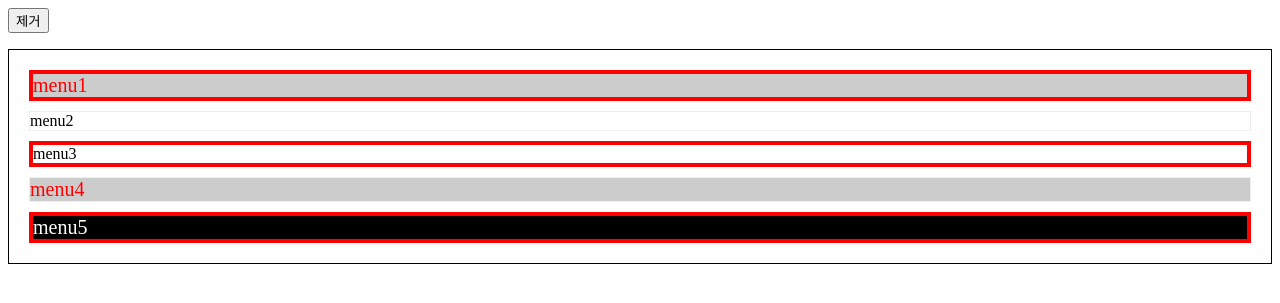
Repository: swc0516s/EZEN-JS
Page: JavaScript Workspace Lecture/JavaScript_jQuery_03/WebContent/Chapter05/5_14.html
An editor plug-in stored every save of this project. The page is shown before and after the next save, followed by the edit.
The browser window is 1280 px wide. The pictures show the whole page.
After loading, the first visible `#remove` was clicked once.

Above is the page before, as saved 2022-03-22 01:54:57.

After the next save:
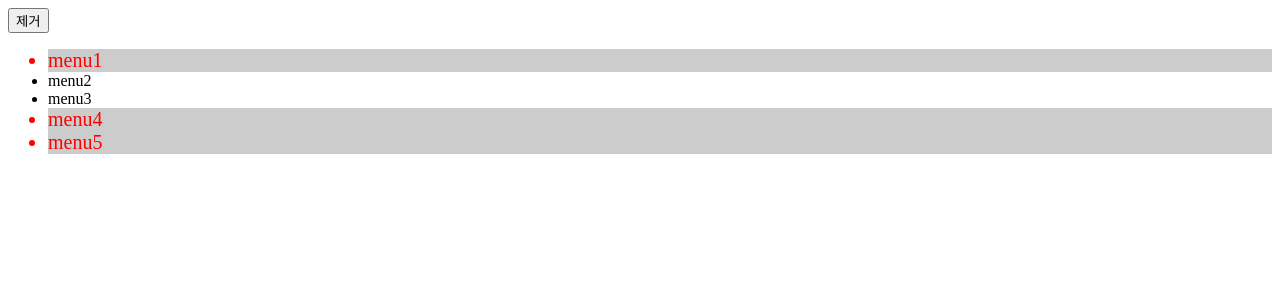
Saved 7 s later.
--- a/JavaScript Workspace Lecture/JavaScript_jQuery_03/WebContent/Chapter05/5_14.html
+++ b/JavaScript Workspace Lecture/JavaScript_jQuery_03/WebContent/Chapter05/5_14.html
@@ -41,7 +41,7 @@ ul.menu li.back-bg {
 	$(document).ready(function() {
 		// 메뉴 아이템에 클릭 이벤트 등록
 		$("#remove").click(function() {
-			$("body").each(function() {
+			$("ul").each(function() {
 				$(this).removeClass();
 			});
 		});
